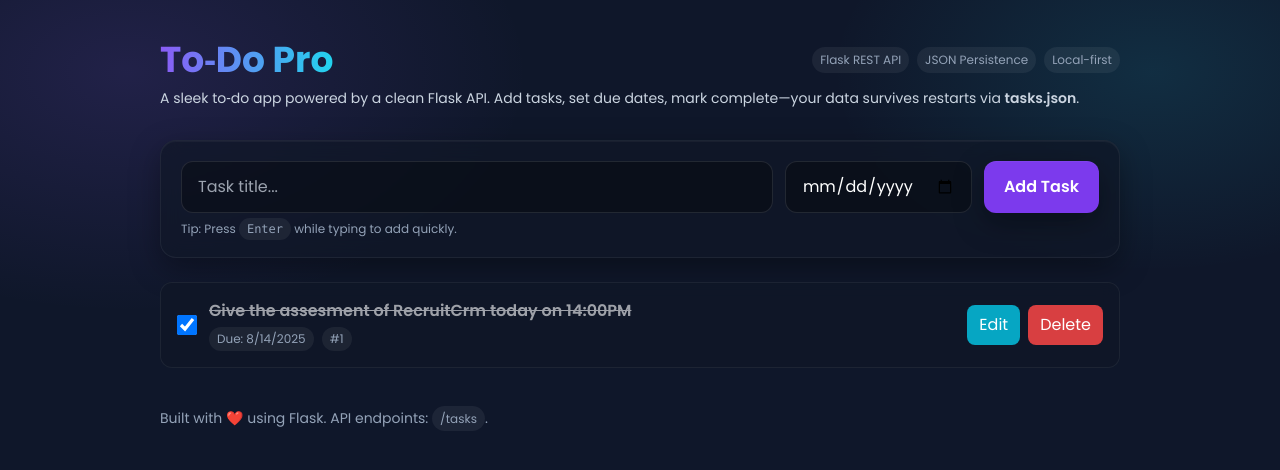
Repository: Ambika-Dunge/ToDo_Flask_Api
Page: http://localhost/
These files come from the project's save history. The page is drawn as it stood at one moment and after a run of saves; the edit follows.
The browser window is 1280 px wide. The pictures show the whole page.
Some web libraries are served in a nearby version. The page is served by the project's application, run on Flask 3 (app.py).

Above is the page before, as saved 2025-08-13 21:23:14.

### templates/index.html
<!DOCTYPE html>
<html lang="en">
<head>
  <meta charset="UTF-8" />
  <meta name="viewport" content="width=device-width, initial-scale=1.0"/>
  <title>To-Do Pro — Flask API + UI</title>
  <!-- Google Font -->
  <link href="https://fonts.googleapis.com/css2?family=Poppins:wght@300;400;600;700&display=swap" rel="stylesheet">
  <!-- Tailwind CSS via CDN -->
  <script src="https://cdn.tailwindcss.com"></script>
  <link rel="icon" href="data:,"/>
  <style>
    :root{
      --bg:#0f172a;        /* slate-900 */
      --card:#111827;      /* gray-900  */
      --muted:#94a3b8;     /* slate-400 */
      --brand:#8b5cf6;     /* violet-500*/
      --brand-2:#22d3ee;   /* cyan-400   */
      --ok:#10b981;        /* emerald-500 */
      --danger:#ef4444;    /* red-500 */
    }
    html,body{height:100%; background: radial-gradient(1000px 600px at 10% 10%, rgba(139,92,246,.15), transparent 40%), radial-gradient(800px 500px at 90% 10%, rgba(34,211,238,.12), transparent 40%), var(--bg); color:white; font-family:"Poppins",system-ui,-apple-system,Segoe UI,Roboto,Ubuntu,"Helvetica Neue",Arial;}
    .glass{background: rgba(17,24,39,.7); backdrop-filter: blur(10px); border:1px solid rgba(255,255,255,.06);}
    .btn{transition: transform .06s ease, box-shadow .2s ease;}
    .btn:active{transform: translateY(1px) scale(.99);}
    .gradient-text{background: linear-gradient(90deg, var(--brand), var(--brand-2)); -webkit-background-clip:text; background-clip:text; color:transparent;}
    .shadow-soft{box-shadow: 0 10px 30px rgba(0,0,0,.35), inset 0 1px 0 rgba(255,255,255,.04);}
    .chip{background: rgba(255,255,255,.06); padding:.25rem .5rem; border-radius:999px; font-size:.75rem; color:var(--muted);}
    .task-card{border:1px solid rgba(255,255,255,.06);}
    .strike{ text-decoration: line-through; opacity:.6;}
  </style>
</head>
<body>
  <div class="min-h-screen">
    <header class="max-w-5xl mx-auto px-4 sm:px-6 lg:px-8 pt-10">
      <div class="flex items-center justify-between">
        <h1 class="text-3xl sm:text-4xl font-bold gradient-text">To‑Do Pro</h1>
        <div class="flex items-center gap-2">
          <span class="chip hidden sm:inline">Flask REST API</span>
          <span class="chip hidden sm:inline">JSON Persistence</span>
          <span class="chip">Local-first</span>
        </div>
      </div>
      <p class="text-sm text-slate-300 mt-2">A sleek to‑do app powered by a clean Flask API. Add tasks, set due dates, mark complete—your data survives restarts via <span class="font-semibold">tasks.json</span>.</p>
    </header>

    <main class="max-w-5xl mx-auto px-4 sm:px-6 lg:px-8 mt-8">
      <!-- Add Task Card -->
      <section class="glass shadow-soft rounded-2xl p-5">
        <div class="flex flex-col sm:flex-row gap-3">
          <input id="title" type="text" placeholder="Task title..." class="flex-1 px-4 py-3 rounded-xl bg-black/30 border border-white/10 outline-none focus:border-white/30" />
          <input id="dueDate" type="date" class="px-4 py-3 rounded-xl bg-black/30 border border-white/10 outline-none focus:border-white/30"/>
          <button id="addBtn" class="btn px-5 py-3 rounded-xl bg-violet-600 hover:bg-violet-500 shadow-soft font-semibold">Add Task</button>
        </div>
        <p class="text-xs text-slate-400 mt-2">Tip: Press <kbd class="chip">Enter</kbd> while typing to add quickly.</p>
      </section>

      <!-- Task List -->
      <section class="mt-6 grid gap-3" id="taskList"></section>
    </main>

    <footer class="max-w-5xl mx-auto px-4 sm:px-6 lg:px-8 py-10 text-slate-400 text-sm">
      Built with ❤️ using Flask. API endpoints: <span class="chip">/tasks</span>.
    </footer>
  </div>

  <script>
    const API_BASE = "";
    const list = document.getElementById("taskList");
    const input = document.getElementById("title");
    const dateInput = document.getElementById("dueDate");
    const addBtn = document.getElementById("addBtn");

    async function fetchTasks(){
      const res = await fetch(`${API_BASE}/tasks`);
      const data = await res.json();
      renderTasks(data);
    }

    function fmtDate(d){
      if(!d) return "";
      try { return new Date(d).toLocaleDateString(); } catch(e){ return d; }
    }

    function taskCard(t){
      const done = t.completed ? "strike" : "";
      const due = t.due_date ? `<span class="chip">Due: ${fmtDate(t.due_date)}</span>` : "";
      return `
        <div class="glass task-card rounded-xl p-4 flex items-center justify-between gap-3">
          <div class="flex items-center gap-3">
            <input type="checkbox" ${t.completed ? "checked" : ""} class="size-5 rounded" data-id="${t.id}" data-role="toggle"/>
            <div>
              <div class="font-semibold ${done}">${t.title}</div>
              <div class="text-xs text-slate-400 flex gap-2 mt-1">
                ${due}
                <span class="chip">#${t.id}</span>
              </div>
            </div>
          </div>
          <div class="flex items-center gap-2">
            <button class="btn px-3 py-2 rounded-lg bg-cyan-500/90 hover:bg-cyan-400/90" data-role="edit" data-id="${t.id}">Edit</button>
            <button class="btn px-3 py-2 rounded-lg bg-red-500/90 hover:bg-red-400/90" data-role="delete" data-id="${t.id}">Delete</button>
          </div>
        </div>
      `;
    }

    function renderTasks(tasks){
      if(!tasks.length){
        list.innerHTML = `<div class="text-slate-400 text-center py-10">No tasks yet. Add your first task above!</div>`;
        return;
      }
      list.innerHTML = tasks.map(taskCard).join("");
    }

    async function addTask(){
      const title = input.value.trim();
      if(!title) return;
      const due_date = dateInput.value || null;
      const res = await fetch(`${API_BASE}/tasks`, {
        method: "POST",
        headers: {"Content-Type":"application/json"},
        body: JSON.stringify({title, due_date})
      });
      if(res.ok){
        input.value = "";
        dateInput.value = "";
        fetchTasks();
      }else{
        const err = await res.json();
        alert(err.message || "Error adding task");
      }
    }

    async function toggleCompleted(id, value){
      const res = await fetch(`${API_BASE}/tasks/${id}`, {
        method: "PUT",
        headers: {"Content-Type":"application/json"},
        body: JSON.stringify({completed: value})
      });
      if(res.ok){ fetchTasks(); }
    }

    async function editTask(id){
      const res = await fetch(`${API_BASE}/tasks/${id}`);
      if(!res.ok) return;
      const task = await res.json();
      const newTitle = prompt("Edit title:", task.title);
      if(newTitle === null) return;
      const newDue = prompt("Edit due date (YYYY-MM-DD) or leave blank:", task.due_date || "");
      const body = { title: newTitle.trim() };
      if(newDue !== null){
        body.due_date = newDue.trim() || null;
      }
      const up = await fetch(`${API_BASE}/tasks/${id}`, {
        method: "PUT",
        headers: {"Content-Type":"application/json"},
        body: JSON.stringify(body)
      });
      if(up.ok){ fetchTasks(); }
      else{
        const err = await up.json();
        alert(err.message || "Update failed");
      }
    }

    async function deleteTask(id){
      if(!confirm("Delete this task?")) return;
      const res = await fetch(`${API_BASE}/tasks/${id}`, { method: "DELETE" });
      if(res.status === 204) fetchTasks();
    }

    addBtn.addEventListener("click", addTask);
    input.addEventListener("keydown", (e)=>{ if(e.key === "Enter") addTask(); });

    list.addEventListener("click", (e)=>{
      const t = e.target;
      const role = t.getAttribute("data-role");
      const id = t.getAttribute("data-id");
      if(role === "delete") deleteTask(id);
      if(role === "edit") editTask(id);
    });

    list.addEventListener("change", (e)=>{
      const t = e.target;
      if(t.getAttribute("data-role") === "toggle"){
        const id = t.getAttribute("data-id");
        toggleCompleted(id, t.checked);
      }
    });

    fetchTasks();
  </script>
</body>
</html>

### app.py
#!/usr/bin/env python3
"""
To-Do List REST API with Flask + a simple, attractive UI.

Endpoints:
    POST   /tasks           -> Add a new task (fields: title, optional due_date)
    GET    /tasks           -> Get all tasks
    GET    /tasks/<id>      -> Get a single task by ID
    PUT    /tasks/<id>      -> Update task details (title, due_date, completed)
    DELETE /tasks/<id>      -> Delete a task

Data:
    - Stored in memory at runtime and persisted to a JSON file (tasks.json).
    - Each task has: id, title, completed, due_date (ISO "YYYY-MM-DD" or null),
      created_at, updated_at.
"""
from __future__ import annotations

from flask import Flask, jsonify, request, render_template, abort
from datetime import datetime
import json
import os
from typing import List, Dict, Any, Optional

app = Flask(__name__, static_folder="static", template_folder="templates")

DATA_FILE = os.path.join(os.path.dirname(__file__), "tasks.json")

# In-memory storage
tasks: List[Dict[str, Any]] = []
next_id: int = 1

def load_tasks_from_file() -> None:
    """Load tasks from the JSON file into memory, set next_id correctly."""
    global tasks, next_id
    if os.path.exists(DATA_FILE):
        try:
            with open(DATA_FILE, "r", encoding="utf-8") as f:
                data = json.load(f)
                if isinstance(data, list):
                    tasks = data
                else:
                    tasks = []
        except json.JSONDecodeError:
            tasks = []
    else:
        tasks = []
    # Set next_id to 1 + max existing id
    if tasks:
        next_id = max(t.get("id", 0) for t in tasks) + 1
    else:
        next_id = 1

def save_tasks_to_file() -> None:
    """Persist the in-memory list to a JSON file."""
    with open(DATA_FILE, "w", encoding="utf-8") as f:
        json.dump(tasks, f, ensure_ascii=False, indent=2)

def parse_date(date_str: Optional[str]) -> Optional[str]:
    """Validate and normalize date string (YYYY-MM-DD). Return None if no date."""
    if date_str in (None, "", "null"):
        return None
    try:
        dt = datetime.strptime(date_str, "%Y-%m-%d")
        return dt.strftime("%Y-%m-%d")
    except ValueError:
        abort(400, description="Invalid date format. Use YYYY-MM-DD.")

# Load existing data on startup
load_tasks_from_file()

# ----------------------
# Routes: UI
# ----------------------
@app.route("/")
def index():
    return render_template("index.html")

# ----------------------
# Routes: API
# ----------------------
@app.route("/tasks", methods=["POST"])
def create_task():
    data = request.get_json(silent=True) or {}
    title = (data.get("title") or "").strip()
    if not title:
        abort(400, description="Field 'title' is required and cannot be empty.")
    due_date = parse_date(data.get("due_date"))
    now = datetime.utcnow().isoformat() + "Z"

    global next_id
    task = {
        "id": next_id,
        "title": title,
        "completed": False,
        "due_date": due_date,
        "created_at": now,
        "updated_at": now,
    }
    next_id += 1
    tasks.append(task)
    save_tasks_to_file()
    return jsonify(task), 201

@app.route("/tasks", methods=["GET"])
def get_tasks():
    return jsonify(tasks), 200

@app.route("/tasks/<int:task_id>", methods=["GET"])
def get_task(task_id: int):
    task = next((t for t in tasks if t["id"] == task_id), None)
    if not task:
        abort(404, description="Task not found.")
    return jsonify(task), 200

@app.route("/tasks/<int:task_id>", methods=["PUT"])
def update_task(task_id: int):
    """
    Update a task's title, due_date, or completed status.
    Any combination of fields can be sent in JSON body.
    """
    task = next((t for t in tasks if t["id"] == task_id), None)
    if not task:
        abort(404, description="Task not found.")

    data = request.get_json(silent=True) or {}

    if "title" in data:
        new_title = (data.get("title") or "").strip()
        if not new_title:
            abort(400, description="Field 'title' cannot be empty.")
        task["title"] = new_title

    if "due_date" in data:
        task["due_date"] = parse_date(data.get("due_date"))

    if "completed" in data:
        task["completed"] = bool(data.get("completed"))

    task["updated_at"] = datetime.utcnow().isoformat() + "Z"
    save_tasks_to_file()
    return jsonify(task), 200

@app.route("/tasks/<int:task_id>", methods=["DELETE"])
def delete_task(task_id: int):
    global tasks
    idx = next((i for i, t in enumerate(tasks) if t["id"] == task_id), None)
    if idx is None:
        abort(404, description="Task not found.")
    tasks.pop(idx)
    save_tasks_to_file()
    return "", 204

# Error handlers for clean JSON responses
@app.errorhandler(400)
def bad_request(e):
    return jsonify(error="Bad Request", message=str(e.description)), 400

@app.errorhandler(404)
def not_found(e):
    return jsonify(error="Not Found", message=str(e.description)), 404

@app.errorhandler(405)
def method_not_allowed(e):
    return jsonify(error="Method Not Allowed", message="Invalid HTTP method for this endpoint."), 405

@app.errorhandler(500)
def server_error(e):
    return jsonify(error="Server Error", message="An unexpected error occurred."), 500

if __name__ == "__main__":
    if not os.path.exists(DATA_FILE):
        with open(DATA_FILE, "w", encoding="utf-8") as f:
            json.dump([], f)
    app.run(host="0.0.0.0", port=5000, debug=True)

### tasks.json
[
  {
    "id": 1,
    "title": "Give the assesment of RecruitCrm today on 14:00PM",
    "completed": true,
    "due_date": "2025-08-14",
    "created_at": "2025-08-14T04:17:28.008122Z",
    "updated_at": "2025-08-14T04:39:13.393614Z"
  }
]

After the next 2 saves:
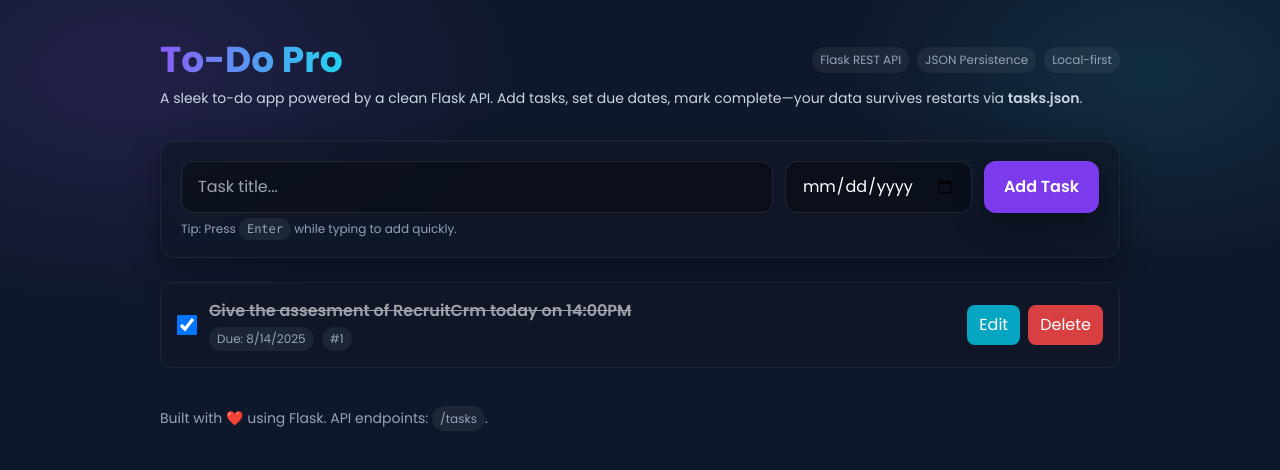
The 2 saves are shown as one change because they came seconds apart.
The last was saved 4 min 22 s later.
--- a/templates/index.html
+++ b/templates/index.html
@@ -4,20 +4,18 @@
   <meta charset="UTF-8" />
   <meta name="viewport" content="width=device-width, initial-scale=1.0"/>
   <title>To-Do Pro — Flask API + UI</title>
-  <!-- Google Font -->
   <link href="https://fonts.googleapis.com/css2?family=Poppins:wght@300;400;600;700&display=swap" rel="stylesheet">
-  <!-- Tailwind CSS via CDN -->
   <script src="https://cdn.tailwindcss.com"></script>
   <link rel="icon" href="data:,"/>
   <style>
     :root{
-      --bg:#0f172a;        /* slate-900 */
-      --card:#111827;      /* gray-900  */
-      --muted:#94a3b8;     /* slate-400 */
-      --brand:#8b5cf6;     /* violet-500*/
-      --brand-2:#22d3ee;   /* cyan-400   */
-      --ok:#10b981;        /* emerald-500 */
-      --danger:#ef4444;    /* red-500 */
+      --bg:#0f172a;
+      --card:#111827;
+      --muted:#94a3b8;
+      --brand:#8b5cf6;
+      --brand-2:#22d3ee;
+      --ok:#10b981;
+      --danger:#ef4444;
     }
     html,body{height:100%; background: radial-gradient(1000px 600px at 10% 10%, rgba(139,92,246,.15), transparent 40%), radial-gradient(800px 500px at 90% 10%, rgba(34,211,238,.12), transparent 40%), var(--bg); color:white; font-family:"Poppins",system-ui,-apple-system,Segoe UI,Roboto,Ubuntu,"Helvetica Neue",Arial;}
     .glass{background: rgba(17,24,39,.7); backdrop-filter: blur(10px); border:1px solid rgba(255,255,255,.06);}
@@ -34,18 +32,17 @@
   <div class="min-h-screen">
     <header class="max-w-5xl mx-auto px-4 sm:px-6 lg:px-8 pt-10">
       <div class="flex items-center justify-between">
-        <h1 class="text-3xl sm:text-4xl font-bold gradient-text">To‑Do Pro</h1>
+        <h1 class="text-3xl sm:text-4xl font-bold gradient-text">To-Do Pro</h1>
         <div class="flex items-center gap-2">
           <span class="chip hidden sm:inline">Flask REST API</span>
           <span class="chip hidden sm:inline">JSON Persistence</span>
           <span class="chip">Local-first</span>
         </div>
       </div>
-      <p class="text-sm text-slate-300 mt-2">A sleek to‑do app powered by a clean Flask API. Add tasks, set due dates, mark complete—your data survives restarts via <span class="font-semibold">tasks.json</span>.</p>
+      <p class="text-sm text-slate-300 mt-2">A sleek to-do app powered by a clean Flask API. Add tasks, set due dates, mark complete—your data survives restarts via <span class="font-semibold">tasks.json</span>.</p>
     </header>
 
     <main class="max-w-5xl mx-auto px-4 sm:px-6 lg:px-8 mt-8">
-      <!-- Add Task Card -->
       <section class="glass shadow-soft rounded-2xl p-5">
         <div class="flex flex-col sm:flex-row gap-3">
           <input id="title" type="text" placeholder="Task title..." class="flex-1 px-4 py-3 rounded-xl bg-black/30 border border-white/10 outline-none focus:border-white/30" />
@@ -55,7 +52,6 @@
         <p class="text-xs text-slate-400 mt-2">Tip: Press <kbd class="chip">Enter</kbd> while typing to add quickly.</p>
       </section>
 
-      <!-- Task List -->
       <section class="mt-6 grid gap-3" id="taskList"></section>
     </main>
 
